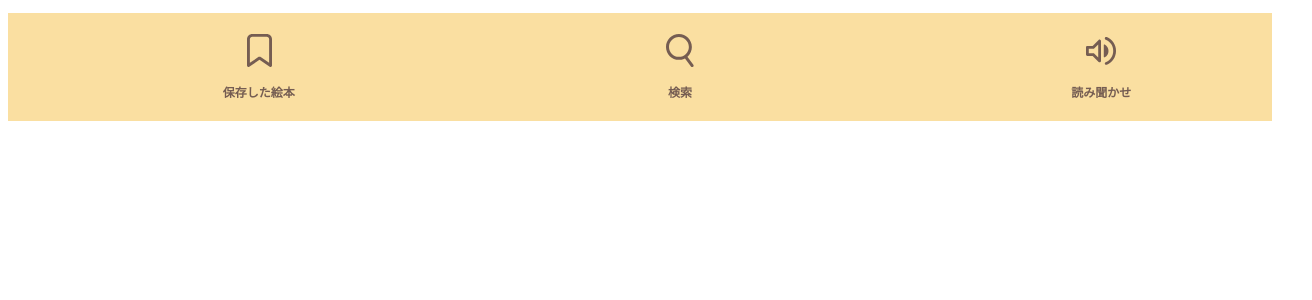
Repository: kmii12/2024-teampj
Page: /result
These files come from the project's save history. The page is drawn as it stood at one moment and after the next save; the edit follows.
The browser window is 1280 px wide. The page is 1312 px wide, so the pictures cover 1312 px, including what lies to the right of the window. The pictures show the whole page.
Some web fonts or font styles are not loaded; a fallback is used. The project was rebuilt for these pictures with package versions that can differ from the ones it lists, and the page was loaded fresh each time. The framework's server and built-in components were replaced by stand-ins that run in the browser. Also part of the build but not shown: next.config.mjs.

Above is the page before, as saved 2024-10-22 11:26:08.

### src/app/result/page.tsx
"use client";

export default function Read() {
  return (
    <>
      <h1></h1>
    </>
  );
}

### src/app/globals.css
html {
  font-size: 62.5%;
}

body {
  font-family: "Zen Maru Gothic", serif;
}

a {
  color: inherit;
  text-decoration: none;
}

li {
  list-style-type: none;
}

### src/app/components/Footer.tsx
"use client";

import Link from "next/link";
import styles from "./Footer.module.scss";
import { usePathname } from "next/navigation";

export default function Footer() {
  const pathname = usePathname();

  return (
    <footer className={styles.footer}>
      <nav>
        <ul>
          <li>
            <Link
              href="/saved"
              className={pathname === "/saved" ? styles.active : ""}
            >
              <svg
                xmlns="http://www.w3.org/2000/svg"
                width="40"
                height="40"
                viewBox="0 0 40 40"
                fill="none"
              >
                <path
                  d="M31.5577 36C31.2643 35.9944 30.9782 35.9096 30.7308 35.7549L20.5 28.7589L10.2692 35.7549C10.0433 35.8898 9.78379 35.9611 9.51923 35.9611C9.25467 35.9611 8.99521 35.8898 8.76923 35.7549C8.54791 35.643 8.3604 35.4762 8.22542 35.271C8.09043 35.0658 8.01271 34.8295 8 34.5857V8.18571C8 6.81038 8.55718 5.49137 9.54895 4.51886C10.5407 3.54635 11.8859 3 13.2885 3H27.7115C29.1141 3 30.4593 3.54635 31.451 4.51886C32.4428 5.49137 33 6.81038 33 8.18571V34.5857C33.001 34.8425 32.9297 35.0945 32.7939 35.3141C32.6582 35.5337 32.4633 35.7123 32.2308 35.8303C32.0245 35.9413 31.793 35.9996 31.5577 36ZM20.5 25.6286C20.7947 25.6255 21.0833 25.7111 21.3269 25.8737L30.1154 31.8703V8.18571C30.1154 7.56056 29.8621 6.96101 29.4113 6.51896C28.9605 6.07691 28.3491 5.82857 27.7115 5.82857H13.2885C12.6509 5.82857 12.0395 6.07691 11.5887 6.51896C11.1379 6.96101 10.8846 7.56056 10.8846 8.18571V31.8703L19.6731 25.8737C19.9167 25.7111 20.2053 25.6255 20.5 25.6286Z"
                  fill={pathname === "/saved" ? "#c96868" : "#755D52"}
                />
              </svg>
              <p
                style={{
                  color: pathname === "/saved" ? "#c96868" : "#755D52",
                }}
              >
                保存した絵本
              </p>
            </Link>
          </li>
          <li>
            <Link href="/" className={pathname === "/" ? styles.active : ""}>
              <svg
                xmlns="http://www.w3.org/2000/svg"
                width="40"
                height="40"
                viewBox="0 0 40 40"
                fill="none"
              >
                <path
                  fillRule="evenodd"
                  clipRule="evenodd"
                  d="M18.9346 25.8692C24.4214 25.8692 28.8692 21.4214 28.8692 15.9346C28.8692 10.4479 24.4214 6 18.9346 6C13.4479 6 9 10.4479 9 15.9346C9 21.4214 13.4479 25.8692 18.9346 25.8692ZM18.9346 28.8692C26.0782 28.8692 31.8692 23.0782 31.8692 15.9346C31.8692 8.79103 26.0782 3 18.9346 3C11.791 3 6 8.79103 6 15.9346C6 23.0782 11.791 28.8692 18.9346 28.8692Z"
                  fill={pathname === "/" ? "#c96868" : "#755D52"}
                />
                <path
                  fillRule="evenodd"
                  clipRule="evenodd"
                  d="M33.0447 35.7533C32.3807 36.2486 31.4408 36.1119 30.9455 35.4479L25.0052 27.4848C24.5099 26.8208 24.6466 25.881 25.3106 25.3856C25.9746 24.8903 26.9145 25.027 27.4098 25.691L33.3501 33.6541C33.8455 34.3181 33.7087 35.2579 33.0447 35.7533Z"
                  fill={pathname === "/" ? "#c96868" : "#755D52"}
                />
              </svg>
              <p
                style={{
                  color: pathname === "/" ? "#c96868" : "#755D52",
                }}
              >
                検索
              </p>
            </Link>
          </li>
          <li>
            <Link
              href="/read"
              className={pathname === "/read" ? styles.active : ""}
            >
              <svg
                xmlns="http://www.w3.org/2000/svg"
                width="40"
                height="40"
                viewBox="0 0 40 40"
                fill="none"
              >
                <path
                  d="M32.2221 19.8994C32.2221 17.3902 31.5324 15.124 30.1529 13.1006C28.7732 11.0776 26.9538 9.59382 24.6946 8.64937C24.3335 8.49187 24.0742 8.24423 23.9167 7.90646C23.7592 7.5684 23.7499 7.22812 23.8888 6.88562C24.0371 6.51507 24.2987 6.25576 24.6737 6.10771C25.0487 5.95965 25.4307 5.96424 25.8196 6.12146C28.5879 7.27896 30.8101 9.10076 32.4862 11.5869C34.1621 14.073 35 16.8438 35 19.8994C35 22.9549 34.1621 25.7258 32.4862 28.2119C30.8101 30.698 28.5879 32.5198 25.8196 33.6773C25.4307 33.8345 25.0487 33.8391 24.6737 33.691C24.2987 33.543 24.0371 33.2837 23.8888 32.9131C23.7499 32.5706 23.7592 32.2303 23.9167 31.8923C24.0742 31.5545 24.3335 31.3069 24.6946 31.1494C26.9538 30.2049 28.7732 28.7212 30.1529 26.6981C31.5324 24.6748 32.2221 22.4085 32.2221 19.8994ZM11.6667 24.941H6.38875C5.99069 24.941 5.65972 24.8091 5.39583 24.5452C5.13194 24.2813 5 23.9503 5 23.5523V16.3298C5 15.9317 5.13194 15.6008 5.39583 15.3369C5.65972 15.073 5.99069 14.941 6.38875 14.941H11.6667L17.6388 8.96896C18.074 8.53368 18.5764 8.4341 19.1458 8.67021C19.7153 8.90632 20 9.33451 20 9.95479V29.9273C20 30.5476 19.7153 30.9758 19.1458 31.2119C18.5764 31.448 18.074 31.3484 17.6388 30.9131L11.6667 24.941ZM27.5 19.941C27.5 21.293 27.1713 22.5315 26.5138 23.6565C25.8565 24.7815 24.9492 25.6587 23.7917 26.2881C23.5508 26.4178 23.3217 26.4109 23.1042 26.2673C22.8867 26.124 22.7779 25.9226 22.7779 25.6631V14.1631C22.7779 13.904 22.8867 13.7026 23.1042 13.559C23.3217 13.4156 23.5508 13.4087 23.7917 13.5381C24.9492 14.177 25.8565 15.0706 26.5138 16.219C27.1713 17.367 27.5 18.6077 27.5 19.941ZM17.2221 13.5244L12.8887 17.719H7.77792V22.1631H12.8887L17.2221 26.3856V13.5244Z"
                  fill={pathname === "/read" ? "#c96868" : "#755D52"}
                />
              </svg>
              <p
                style={{
                  color: pathname === "/read" ? "#c96868" : "#755D52",
                }}
              >
                読み聞かせ
              </p>
            </Link>
          </li>
        </ul>
      </nav>
    </footer>
  );
}

### src/app/components/Footer.module.scss
@import "../styles/variables.scss";

.footer {
  width: 100%;
  height: 14vh;
  padding-top: 1vh;
  background-color: $main;
  nav {
    width: inherit;
    height: inherit;
    ul {
      width: inherit;
      height: auto;
      display: flex;
      justify-content: space-around;
      align-items: center;
      li {
        width: calc(100% / 3);
        a {
          display: flex;
          flex-direction: column;
          justify-content: center;
          align-items: center;
          p {
            font-size: 1.2rem;
            font-weight: bold;
          }
        }
      }
    }
  }
}

### src/app/styles/variables.scss
// sassでカラーを使用するとき用

// 使用するファイルで最初に下記を記述
// コンポーネント用 → @import "../styles/variables.scss";
// ページ用 → @import "./styles/variables.scss";

$base: #fff4ea;
$main: #fadfa1;
$sub: #c96868;
$accent: #7eacb5;
$text: #755d52;

Loaded but not shown: src/app/layout.tsx (common file)

After the next save:
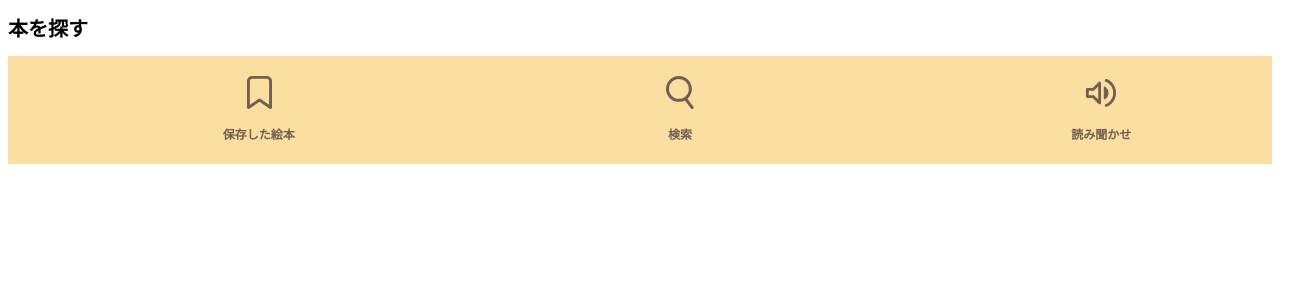
Saved 5 min 25 s later.
--- a/src/app/result/page.tsx
+++ b/src/app/result/page.tsx
@@ -3,7 +3,7 @@
 export default function Read() {
   return (
     <>
-      <h1></h1>
+      <h1>本を探す</h1>
     </>
   );
 }
